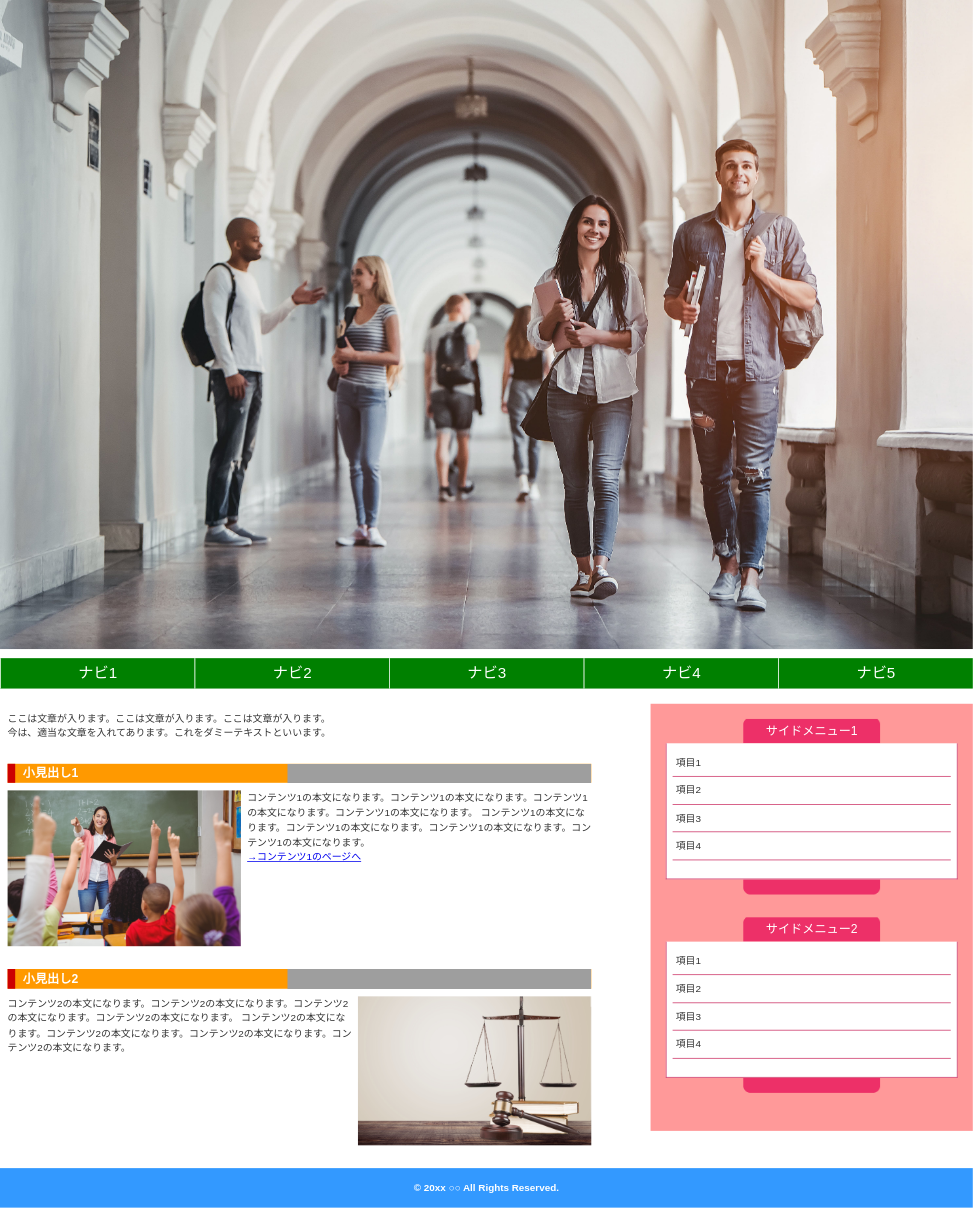
Repository: sui693/samurai_HTML-CSS
Page: home.html
The author's editor kept a record of every edit. The page is drawn from the files as they stood at one moment, then again after the next edit.
The browser window is 1280 px wide. The pictures show the whole page, at 76% of full size.
The pointer rests on the first visible `#nav ul li a`.
Pictures or frames that could not be fetched are drawn as grey boxes.

Above is the page before.

### home.html
<!DOCTYPE html>
<html lang="ja">
    <head>
        <meta charset="UTF-8">
        <title>HTML/CSSの学習</title>
        <link rel="stylesheet" href="stylesheet.css">
    </head>
    <body>
        <div id="header">
            <h1><a href="index.html"><img id="corridor" src="images/corridor.jpg" alt="大学の廊下" /></a></h1>
        </div>
        <div id="wrapper">
            <div id="nav">
                <ul>
                    <li><a href="home.html">ナビ1</a></li>
                    <li><a href="#">ナビ2</a></li>
                    <li><a href="#">ナビ3</a></li>
                    <li><a href="#">ナビ4</a></li>
                    <li><a href="#">ナビ5</a></li>
                </ul>
            </div>
            <div id="container">
                <div id="main">
                    <div class="post">
                        <p>ここは文章が入ります。ここは文章が入ります。ここは文章が入ります。<br />今は、適当な文章を入れてあります。これをダミーテキストといいます。</p>
                    </div>
                    <div class="post clearfix">
                        <h2>小見出し1</h2>
                        <img class="left" src="images/classroom.jpg" alt="授業風景" />
                        <p>
                            コンテンツ1の本文になります。コンテンツ1の本文になります。コンテンツ1の本文になります。コンテンツ1の本文になります。
                            コンテンツ1の本文になります。コンテンツ1の本文になります。コンテンツ1の本文になります。コンテンツ1の本文になります。
                        </p>
                        <p><a href="#">→コンテンツ1のページへ</a></p>
                    </div>
                    <div class="post clearfix">
                        <h2>小見出し2</h2>
                        <img class="right" src="images/scale.jpg" alt="天秤" />
                        <p>
                            コンテンツ2の本文になります。コンテンツ2の本文になります。コンテンツ2の本文になります。コンテンツ2の本文になります。
                            コンテンツ2の本文になります。コンテンツ2の本文になります。コンテンツ2の本文になります。コンテンツ2の本文になります。
                        </p>
                    </div>
                </div>
                <div id="side">
                    <div class="box">
                        <h2>サイドメニュー1</h2>
                        <div class="boxBody">
                            <ul>
                                <li>項目1</li>
                                <li>項目2</li>
                                <li>項目3</li>
                                <li>項目4</li>
                            </ul>
                        </div>
                    </div>
                    <div class="box">
                        <h2>サイドメニュー2</h2>
                        <div class="boxBody">
                            <ul>
                                <li>項目1</li>
                                <li>項目2</li>
                                <li>項目3</li>
                                <li>項目4</li>
                            </ul>
                        </div>
                    </div>
                </div>
            </div>
        </div>
        <div id="footer">
            <p>&copy; 20xx ○○ All Rights Reserved.</p>
        </div>
    </body>
</html>

### stylesheet.css
@charset "utf-8";

body {
	margin: 0;
	padding: 0;
	font-family: "ヒラギノ角ゴ Pro W3", "Hiragino Kaku Gothic Pro", "メイリオ", Meiryo, Osaka, "ＭＳ Ｐゴシック", "MS PGothic", sans-serif;
	color: #333;
	font-size: 13px;
	line-height: 150%;
}

/* -------------------- wrapper -------------------- */
#wrapper {
	width: 100%;
	margin: auto;
	padding: 0px;
	border: 0px;
	background-color: #FFF;
	top: 10px;
	position: relative;
}

/* -------------------- header -------------------- */
#header {
	width: 100%;
}
#header h1 {
	margin: 0;
	padding: 0;
}

#corridor {
	width: 100%;
	height: auto;
}

/* -------------------- footer -------------------- */
#footer {
	clear: both;
	width: 100%;
	padding: 3px 0 3px 0;
	background: #39F;
	color: #FFF;
	font-weight: bold;
	text-align: center;
}

/* -------------------- nav -------------------- */
#nav {
	width: 100%;
}
#nav ul {
	margin: 0;
	padding: 0;
	list-style-type: none;
}
#nav ul li {
	float: left;
	width: 20%;
	text-align: center;
}
#nav ul li a {
	display: block;
	height: 20px;
	margin: 0;
	padding: 10px;
	color: #FFF;
	font-size: 20px;
	text-decoration: none;
	background-color: green;
    border-left: 1px solid white;
}

#nav ul li a:hover {
+	 filter: drop-shadow(10px 10px 10px black);
}

/* -------------------- container -------------------- */
#container {
	width: 100%;
	margin: auto ;
	padding: auto;
	padding-top: 20px;
	clear: both;
}
/* -------------------- main -------------------- */
#main {
	float: left;
	width: 60%;
	padding: 10px 30px 10px 10px;
}
#main h2 {
	margin: 0 0 10px 0;
	padding: 3px 10px 3px 10px;
	color: #FFF;
	font-size: 16px;
	border-left: solid 10px #C00;
	background: #F90 url(../images/main_h2.jpg) right top repeat-y;
}
#main p {
	margin: 0;
	padding: 0;
}
#main .post {
	margin: 0 0 30px 0;
}

#main .post img.right {
	margin: 0 0 0 8px;
}
#main .post img.left {
	margin: 0 8px 0 0;
}

.right {
	float: right;
	width: 40%;
	height: auto;
}
.left {
	float: left;
	width: 40%;
	height: auto;
}

/* -------------------- clearfix -------------------- */
.clearfix {
	zoom: 1;
}
.clearfix:after{
	content: "";
	display: block;
	clear: both;
}

/* -------------------- side -------------------- */
#side {
	float: right;
	width: 30%;
	padding: 20px;
	background-color: #F99;
}
#side .box {
	margin: 0 auto 30px auto;
	padding: 0 0 20px 0;
	background: url(images/side_box.png) bottom no-repeat;
}
#side .box h2 {
	margin: 0;
	padding: 8px;
	text-align: center;
	color: #fff;
	font-size: 16px;
	line-height: 16px;
	font-weight: normal;
	background: url(images/side_box_h2.png) center no-repeat;
}
#side .box .boxBody {
	padding: 8px;
	border-right: solid 1px #C36;
	border-bottom: solid 1px #C36;
	border-left: solid 1px #C36;
	background: #fff;
}
#side .box .boxBody ul {
	margin: 0 0 16px 0;
	padding: 0;
}
#side .box .boxBody ul li {
	padding: 8px 0 8px 4px;
	list-style: none;
	border-bottom: solid 1px #C36;
}

After the next edit:
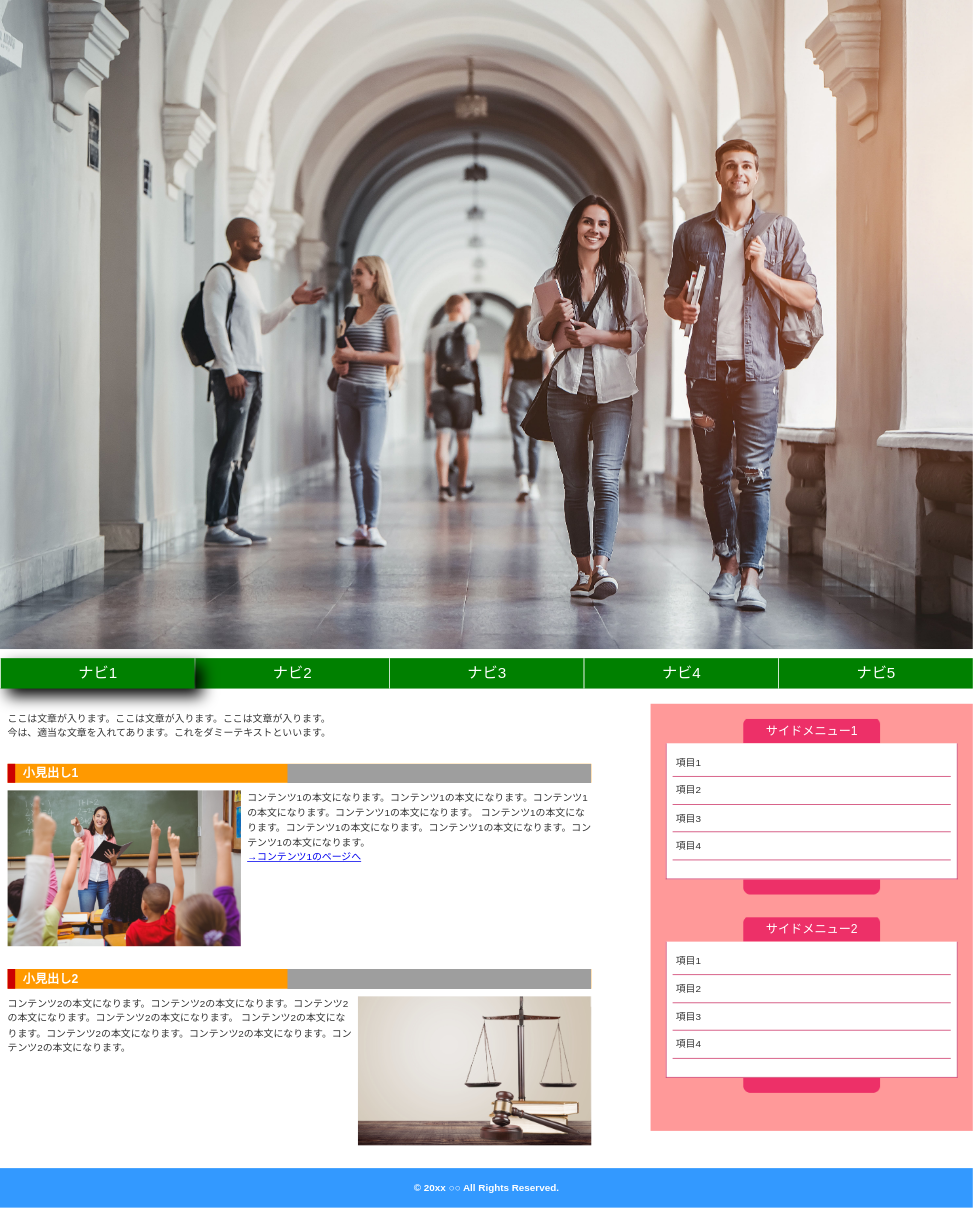
The edit:
--- a/stylesheet.css
+++ b/stylesheet.css
@@ -72,7 +72,7 @@
 }
 
 #nav ul li a:hover {
-+	 filter: drop-shadow(10px 10px 10px black);
+	filter: drop-shadow(10px 10px 10px black);
 }
 
 /* -------------------- container -------------------- */
